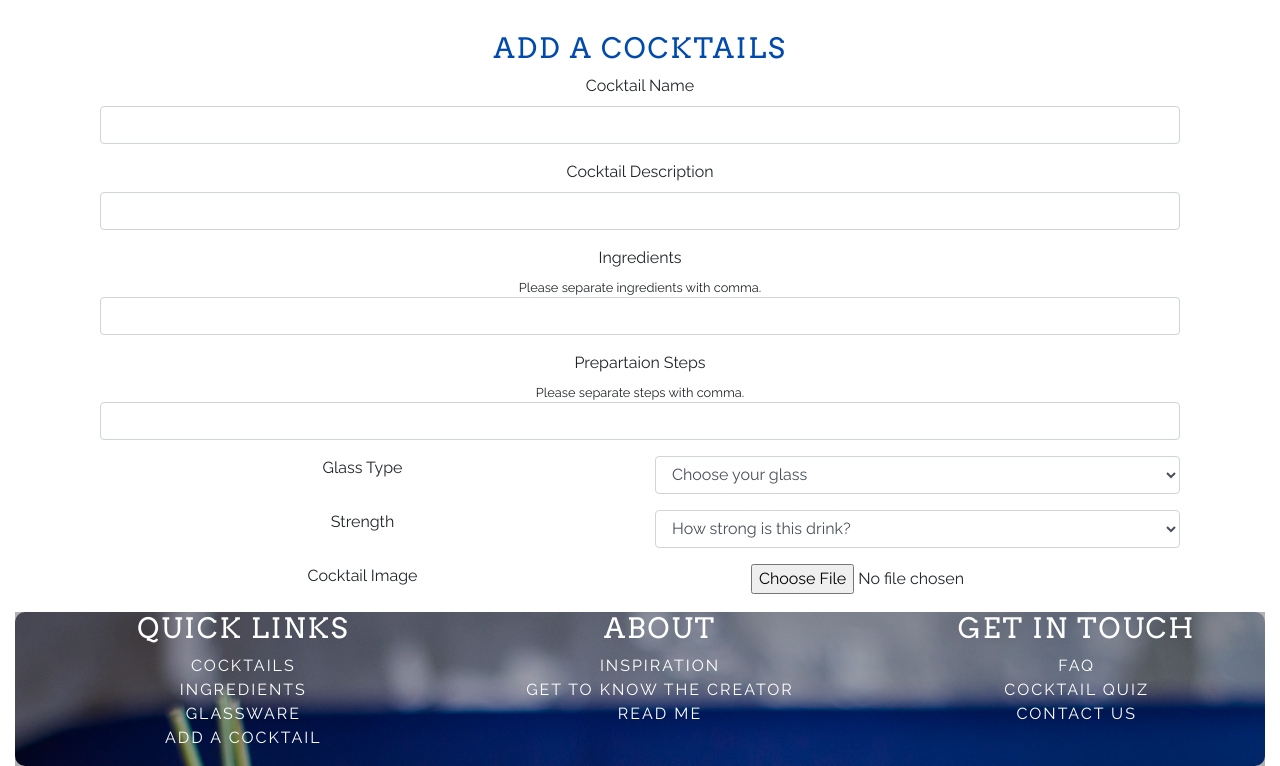
Repository: noblesaleka/cocktail_app
Page: http://localhost/add_cocktail
The author's editor kept a record of every edit. The page is drawn from the files as they stood at one moment, then again after the next edit.
The browser window is 1280 px wide. The pictures show the part of the page from y = 556 to 1380 px (the page is 1322 px tall before and 1380 px after).
The page is served by the project's application, run on Flask 3 (app.py). Queries for data that is not in the repository find no rows.

Above is the page before.
Console error: TypeError: $(...).formSelect is not a function

### templates/addCocktail.html
{% extends 'base.html' %} {% block content %}

<div class="container-fluid text-center">

    <div class="text-center">
        <h3>Add A Cocktails</h3>
    </div>

    <div class="container" id="">

        <form id="upload-form" action="{{url_for('insert_cocktail')}}" method="POST" enctype="multipart/form-data" class="col s12">
            <!--Cocktail Name-->
            <div class="form-group row ">
                <div class="col-12">
                    <label for="cocktail_name">Cocktail Name</label>
                    <input class="form-control validate" type="text" name="cocktail_name" id="cocktail_name" value="" required>
                </div>
            </div>

            <!--Cocktail Description-->
            <div class="form-group row ">
                <div class="col-12">
                    <label for="cocktail_description">Cocktail Description</label>
                    <input class="form-control validate" type="text" name="cocktail_description" id="cocktail_description" value="" required>
                </div>
            </div>

            <!--Cocktail Ingredients-->
            <div class="form-group row ">
                <div class="col-12">
                    <label for="ingredients">Ingredients</label>
                    <div><small>Please separate ingredients with comma.</small></div>
                    <input class="form-control validate" type="text" name="ingredients" id="ingredients" required>
                </div>
            </div>

            <!--Cocktail Preparation-->
            <div class="form-group row ">
                <div class="col-12">
                    <label for="preparation_steps">Prepartaion Steps</label>
                    <div><small>Please separate steps with comma.</small></div>
                    <input class="form-control validate" type="text" name="preparation_steps" id="preparation_steps" required>
                </div>
            </div>

            <!--Glass Name-->
            <div class="form-group row">
                <div class="col-6">
                    <label for="glass_name">Glass Type</label>
                </div>
                <div class="col-6">
                    <select class="form-control" name="glass_name" id="glass_name" required>
                            <option value="" disabled selected>Choose your glass</option>
                            {% for glass in glasses %}
                              <option value="{{glass.glass_name}}" data-icon="{{glass.image}}" data-icon="{{glass.image}}" class="left">{{glass.glass_name}}</option>
                            {% endfor %}
                    </select>
                </div>
            </div>

            <!--Cocktail Strength-->
            <div class="form-group row">
                <div class="col-6">
                    <label for="cocktail_strength">Strength</label>
                </div>
                <div class="col-6">
                    <select class="form-control" name="cocktail_strength" id="cocktail_strength" required>
                        <option value="" disabled selected>How strong is this drink?</option>
                        <option value="Weak">Weak</option>
                        <option value="Medium">Medium</option>
                        <option value="Strong">Strong</option>
                    </select>
                </div>
            </div>

            <!--Cocktail Image-->
            <div class="form-group row">
                <div class="col-6">
                    <label for="cocktail_image">Cocktail Image</label>
                </div>
                <div class="col-6 ">
                    <input class="" type="file" name="cocktail_image" id="cocktail_image" accept="image/*" required>
                </div>
            </div>




        </form>
    </div>
</div>


{% endblock %}

### templates/base.html
<!--<!DOCTYPE html>
<html>

<head>

  <!-- Google Font -->
<link href="https://fonts.googleapis.com/css2?family=Raleway&display=swap" rel="stylesheet">
<link href="https://fonts.googleapis.com/css2?family=Arvo:ital,wght@0,400;0,700;1,400;1,700&display=swap" rel="stylesheet">

<!-- Bootstrap CSS -->
<link rel="stylesheet" href="https://stackpath.bootstrapcdn.com/bootstrap/4.4.1/css/bootstrap.min.css" integrity="sha384-Vkoo8x4CGsO3+Hhxv8T/Q5PaXtkKtu6ug5TOeNV6gBiFeWPGFN9MuhOf23Q9Ifjh" crossorigin="anonymous">

<!-- Stylesheets -->
<link rel="stylesheet" href="{{url_for('static', filename='css/style.css')}}" type='text/css'>




</head>

<body>
  <div class="container-fluid">
    <header>
      <!-- Hero Section -->
      <div class="row align-items-center">
        <div class="col-12">
          <div class="jumbotron d-flex align-items-center" style="">

            <!-- Bootstrap Nav -->
            <div class="container-fluid text-center">
              <div class="row">
                <div class="col-12">
                  <nav class="navbar navbar-expand-md navbar-light d-block" style="background-color: rgba(0,0,0,0.2);">
                    <button class="navbar-toggler" type="button" data-toggle="collapse" data-target="#navbarNav" aria-controls="navbarNav" aria-expanded="false" aria-label="Toggle navigation">
                      <span class="navbar-toggler-icon"></span>
                    </button>
                    <div class="collapse navbar-collapse" id="navbarNav">
                      <ul class="navbar-nav mx-auto">
                        <li class="nav-item">
                          <a class="nav-link" href="{{url_for('get_cocktails')}}">Cocktails</span></a>
                        </li>
                        <li class="nav-item">
                          <a class="nav-link" href="{{url_for('get_glasses')}}">Ingredients</a>
                        </li>
                        <li class="nav-item">
                          <a class="nav-link" href="{{url_for('get_glasses')}}">Glassware</a>
                        </li>
                        <li class="nav-item">
                          <a class="nav-link" href="{{url_for('add_cocktail')}}">Add Cocktail</a>
                        </li>
                      </ul>
                    </div>
                  </nav>
                </div>
              </div>

              <!-- Logo and Browse Button -->
              <div class="row">
                <div class="col-12 text-center">
                  <a class="" href="{{url_for('get_cocktails')}}">
               <img src="../static/images/logo/the_cocktail_handbook_logo.png" width="400" height="400" class=" align-middle" alt="The Cocktail Handbook Logo">
                 </a>
                  </div>
              </div>
              <div class="row">
                <div class="col-sm-12 col-md-4 offset-md-4">
                  <a class="btn btn-primary btn-lg reg-btn d-block" href="{{url_for('get_cocktails', _anchor='browse-cocktails-section')}}" id="browse_cocktail_btn" role="button">Browse Cocktails</a>
                </div>
              </div>
            </div>
          </div>
        </div>
      </div>
    </header>



    {% block content %} {% endblock %}



    <footer class="footer">
      <div class="container-fluid text-center">
        <div class="row">
          <div class="col-md-4 grey-background">

            <ul class="footer-nav">
              <li>
                <h3>Quick Links</h3>
              </li>
              <li class="footer-nav-item">
                <a href="{{url_for('get_cocktails')}}">
                    Cocktails
                    </a>
              </li>
              <li class="footer-nav-item">
                <a href="{{url_for('get_cocktails')}}">
                    Ingredients
                    </a>
              </li>
              <li class="footer-nav-item">
                <a href="{{url_for('get_cocktails')}}">
                    Glassware
                    </a>
              </li>
              <li class="footer-nav-item">
                <a href="{{url_for('get_cocktails')}}">
                    Add a Cocktail
                    </a>
              </li>
            </ul>
          </div>
          <div class="col-md-4 grey-background">
            <ul class="footer-nav">
              <li>
                <h3>About</h3>
              </li>
              <li class="footer-nav-item">
                <a href="{{url_for('get_cocktails')}}">
                    Inspiration
                    </a>
              </li>
              <li class="footer-nav-item">
                <a href="{{url_for('get_cocktails')}}">
                    Get to know the creator
                    </a>
              </li>
              <li class="footer-nav-item">
                <a href="{{url_for('get_cocktails')}}">
                    Read me
                    </a>
              </li>
            </ul>
          </div>
          <div class="col-md-4 grey-background">

            <ul class="footer-nav">
              <li>
                <h3>Get in Touch</h3>
              </li>
              <li class="footer-nav-item">
                <a href="{{url_for('get_cocktails')}}">
                    FAQ
                    </a>
              </li>
              <li class="footer-nav-item">
                <a href="{{url_for('get_cocktails')}}">
                    Cocktail Quiz
                    </a>
              </li>
              <li class="footer-nav-item">
                <a href="{{url_for('get_cocktails')}}">
                    Contact Us
                    </a>
              </li>
            </ul>
          </div>
        </div>
      </div>
    </footer>
  </div>




  <script src="https://cdnjs.cloudflare.com/ajax/libs/jquery/3.5.0/jquery.min.js" integrity="sha256-xNzN2a4ltkB44Mc/Jz3pT4iU1cmeR0FkXs4pru/JxaQ=" crossorigin="anonymous"></script>
  <script src="https://cdnjs.cloudflare.com/ajax/libs/materialize/1.0.0/js/materialize.min.js"></script>
  <script type="text/javascript">
    $(document).ready(function() {
      $('.collapse').collapse();
      $('select').formSelect();
      $('.sidenav').sidenav();

    });
  </script>


  <!-- jQuery first, then Popper.js, then Bootstrap JS -->
  <script src="https://code.jquery.com/jquery-3.4.1.slim.min.js" integrity="sha384-J6qa4849blE2+poT4WnyKhv5vZF5SrPo0iEjwBvKU7imGFAV0wwj1yYfoRSJoZ+n" crossorigin="anonymous"></script>
  <script src="https://cdn.jsdelivr.net/npm/popper.js@1.16.0/dist/umd/popper.min.js" integrity="sha384-Q6E9RHvbIyZFJoft+2mJbHaEWldlvI9IOYy5n3zV9zzTtmI3UksdQRVvoxMfooAo" crossorigin="anonymous"></script>
  <script src="https://stackpath.bootstrapcdn.com/bootstrap/4.4.1/js/bootstrap.min.js" integrity="sha384-wfSDF2E50Y2D1uUdj0O3uMBJnjuUD4Ih7YwaYd1iqfktj0Uod8GCExl3Og8ifwB6" crossorigin="anonymous"></script>
</body>

</html>

### app.py
import os, re
from flask import Flask, render_template, redirect, request, url_for, send_from_directory
from flask_pymongo import PyMongo
from bson.objectid import ObjectId


app = Flask(__name__)

#link database to application
app.config["MONGO_DBNAME"] = 'cocktailHandbook'
app.config["MONGO_URI"] = 'mongodb+srv://root:excellent0909@cluster0-dxqrw.mongodb.net/cocktailHandbook?retryWrites=true&w=majority'
APP_ROOT = os.path.dirname(os.path.abspath(__file__))

#instance of PyMongo
mongo = PyMongo(app)

#connection to database default function
@app.route('/')
@app.route('/get_cocktails')
def get_cocktails():
    return render_template("cocktails.html", cocktails=mongo.db.cocktails.find())


#display cocktails from searchbar
@app.route('/search_cocktails', methods=["GET", "POST"])
def search_cocktails():
    if request.method == "POST":
        req = request.form
        search_form = req.get('search_field')
        #search_fields = {"cocktail_name" : search_form}
        search_form_re = re.compile('.*(%s).*'%search_form, flags= re.I)
        #search_fields = {"cocktail_name" : search_form}
        search_fields = {"cocktail_name" : search_form_re}
        return render_template("cocktails.html", cocktails=mongo.db.cocktails.find(search_fields))

#display addCocktail page
@app.route('/add_cocktail')
def add_cocktail():
    return render_template("addCocktail.html",
    glasses=mongo.db.glass.find())

#add new cocktail button functionality
@app.route('/insert_cocktail', methods=['POST'])
def insert_cocktail():
    target = os.path.join(APP_ROOT, 'static/images/cocktails')
    print(target)

    if not os.path.isdir(target):
        os.mkdir(target)

    for file in request.files.getlist("cocktail_image"):
        print(file)
        filename = file.filename
        destination = "/".join([target, filename])
        print("file is loacated" + destination)
        file.save(destination)
        rel_destination = file.filename
        print("rel is loacated" + rel_destination)
    cocktails = mongo.db.cocktails

    form_data = {
        'cocktail_name' : request.form.get('cocktail_name'),
        'glass_name' : request.form.get('glass_name'),
        'cocktail_description' : request.form.get('cocktail_description'),
        'preparation_steps' : request.form.get('preparation_steps').split(','),
        'is_virgin' : request.form.get('is_virgin'),
        'ingredients' : request.form.get('ingredients').split(','),
        'cocktail_strength' : request.form.get('cocktail_strength'),
        'cocktail_image' : rel_destination
    }
    cocktails.insert_one(form_data)
    return render_template("cocktails.html", cocktails=mongo.db.cocktails.find(), image_name=filename)


#retrieve image path for cocktail images
@app.route('/upload/<filename>')
def send_image(filename):
    return send_from_directory("static/images/cocktails", filename)

#edit button functionality
@app.route('/edit_cocktail/<cocktail_id>')
def edit_cocktail(cocktail_id):
    the_cocktail = mongo.db.cocktails.find_one({"_id": ObjectId(cocktail_id)})
    all_categories = mongo.db.categories.find()
    return render_template('editCocktail.html', cocktail = the_cocktail, categories = all_categories)

@app.route('/update_cocktail/<cocktail_id>', methods=["POST"])
def update_cocktail(cocktail_id):
    cocktail = mongo.db.cocktails
    cocktail.update_cocktail( {'_id': ObjectId(cocktail_id)},
       {
        'cocktail_name' : request.form.get['cocktail_name'],
        'glass_name' : request.form.get['glass_name'],
        'cocktail_description' : request.form.get['cocktail_description'],
        'preparation_steps' : request.form.get['preparation_steps'],
        'is_virgin' : request.form.get['is_virgin']
        })
    return redirect(url_for('get_cocktails'))

@app.route('/delete_cocktail/<cocktail_id>')
def delete_cocktail(cocktail_id):
    mongo.db.cocktails.remove({'_id': ObjectId(cocktail_id)})
    return redirect(url_for('get_cocktails'))

@app.route('/get_glasses')
def get_glasses():
    return render_template('glasses.html',
    glasses=mongo.db.glass.find())

@app.route('/edit_glasses/<glass_id>')
def edit_glass(glass_id):
    return render_template('editglass.html',
    glass = mongo.db.glass.find_one({'_id': ObjectId(glass_id)}))

@app.route('/update_glass/<glass_id>', methods=["POST"])
def update_glass(glass_id):
    mongo.db.glass.update(
        {'_id' : ObjectId(glass_id)},
        {'glass_name': request.form.get('glass_name')})
    return redirect(url_for('get_glasses'))

@app.route('/delete_glass/<glass_id>')
def delete_glass(glass_id):
    mongo.db.glass.remove({'_id' : ObjectId(glass_id)})
    return redirect(url_for('get_glasses'))

@app.route('/insert_glass', methods=["POST"])
def insert_glass():
    glasses = mongo.db.glass
    glass_doc = {'glass_name': request.form.get('glass_name')}
    glasses.insert_one(glass_doc)
    return redirect(url_for('get_glasses'))

@app.route("/add_glass")
def add_glass():
    return render_template('addglass.html')


if __name__ == '__main__':
    app.run(host = os.environ.get('IP'),
    port=int(os.environ.get('PORT')),
    debug=True)

### static/css/style.css
html {
     box-sizing: border-box;
      padding: 0px;
      margin: 0px;
      scroll-behavior: smooth;
}

body {
    font-family: 'Raleway', sans-serif;
}

.rotate {
  writing-mode: vertical-lr;
  display: inline;
  transform: rotate(180deg) translateX(-5px) !important;
}
 .navbar {
     border-radius: 10px;
 }

@media (max-width: 768px) {
  .hide-sm {
  display: none;
} }

.reg-btn {
  color: white;
  background-color: #004aad !important;
  text-transform: uppercase;
  font-size: 0.75em;
}

.btn-primary {
  color: #fff;
  background-color: #004aad;
  border-color: #004aad;
  transition: 0.75s ease-in-out;
  border-radius: 10px;

}

.btn-primary:hover {
    color: #fff;
    background-color: #338BFF !important;
    border-color: #5CA3FF;
}

.btn-primary:focus, .btn-primary.focus {
    color: #fff;
    background-color: #5CA3FF;
    border-color: #5CA3FF;
    box-shadow: 0 0 0 0.2rem rgba(38, 143, 255, 0.5);
}

#browse_cocktail_btn {
    font-family: 'Arvo', serif;
    letter-spacing: 4px;
}

.btn_small {
    height: 60px;
    width: 60px;
    line-height: 60px;
    margin: 5px 5px;
    padding: 0 0.5em;
    border-radius: 50%;
}

.cocktail_header {
    margin-top: 30px;
    padding-left: 15px;
}


h1 {
    font-size: 2em;
}

h2 {
    font-size: 1.8em;
    font-family: 'Arvo', serif;
    color: #004aad !important;
    font-weight: 500 !important;
    text-transform: uppercase;
    position: relative;
    letter-spacing: 2px;
}

.card-header-h2 {
    font-family: 'Arvo', serif;
    color: #004aad !important;
    font-weight: 500 !important;
    text-transform: uppercase;
    position: relative;
    letter-spacing: 2px;
}

h3 {
    font-family: 'Arvo', serif;
    color: #004aad !important;
    font-weight: 500 !important;
    text-transform: uppercase;
    position: relative;
    text-decoration: none;
    letter-spacing: 2px;
}

.browse-cocktails-section h3 {
    letter-spacing: 5px;
    text-decoration: underline;
}

.nav-link {
    font-family: 'Arvo', serif;
    color: white !important;
    font-weight: 500;
    text-transform: uppercase;
    position: relative;
    letter-spacing: 2px;
}

.nav-item > a::before {
    content: "";
    position: absolute;
    width: 100%;
    height: 2px;
    bottom: 0;
    left: 0;
    background-color: #fff;
    visibility: hidden;
    transform: scaleX(0);
    transition: all 0.5s ease-in-out 0s;
}

.nav-item > a:hover::before {
    visibility: visible;
  transform: scaleX(1);
}


.jumbotron {
    background-image: url("../images/logo/louis-hansel-shotsoflouis-Kix0S25vJEo-unsplash.jpg");
    background-position: 0px -400px;
    border-radius: 10px !important;
    min-height: 60vh;
    background-size: cover;
    background-repeat: no-repeat;
    padding-top: 0;

}

footer {
    border-radius: 10px;
    background-image: url("../images/logo/louis-hansel-shotsoflouis-b8-G0zZDCyY-unsplash.jpg");

    background-size: cover;
    background-repeat: no-repeat;
}

.footer h3 {
    color: white !important;
}

.footer-nav li {
    list-style: none;
    color: white !important;
    font-weight: 200;
    text-transform: uppercase;
    position: relative;
    letter-spacing: 2px;
}

.footer-nav-item a {
    text-decoration: none;
    color: white;
    font-weight: 200;
}

.footer-nav-item > a::before {
    content: "";
    position: absolute;
    width: 100%;
    height: 2px;
    bottom: 0;
    left: 0;
    background-color: white;
    visibility: hidden;
    transform: scaleX(0);
    transition: all 0.5s ease-in-out 0s;
}

.footer-nav-item > a:hover::before {
    visibility: visible;
    transform: scaleX(1);
}

.grey-background {
    background-color: rgba(0,0,0,0.3)
}

.search-box {
    padding: 10.875px;
    margin-top: 10px;
    /*background-color: #9DF7E5;*/
}

.search-btn {
  width: 100%;
  color: #004aad;
  border-color: #004aad;
  transition: 0.75s ease-in-out;
  border-radius: 10px;
}

.search-btn:hover {
    background-color: #338BFF !important;
    border-color: #5CA3FF;
}

#search_cocktail_btn {
    font-family: 'Arvo', serif;
    letter-spacing: 2px;
    text-transform: uppercase;
    font-size: 12px;
}

.card-header {
    background-color: rgba(0,0,0,0.3);
}

.cocktail_image {
    min-width: 100%;
    max-height: 300px;
    object-fit:cover;
}

.cocktail_fields {
    font-size: 0.8em;
    font-weight: 400;
    text-transform: uppercase;
    letter-spacing: 2px;
    color: #004aad;
    font-family: 'Arvo', serif;

}

.ingredient_list {
    list-style: none !important;
}

.preparation_list {
    list-style: none !important;
}

.card_list {
    padding: 0;
}

#delete_cocktail_btn {
    color: white;
    background-color: #8F2D56 !important;
    text-transform: uppercase;
    font-size: 0.75em;
}

#edit_cocktail_btn {
    color: white;
    background-color: #004aad !important;
    text-transform: uppercase;
    font-size: 0.75em;
}


#go_to_add_glass {
    text-transform: uppercase;
    font-size: 1em;
    letter-spacing: 2px;
    font-family: 'Arvo', serif;
    color: white !important;
}

#delete_glass_btn {
    color: #ab5f7a;
    background-color: rgba(0,0,0,0) !important;
    text-transform: uppercase;
    font-size: 0.75em;
    border-color: #ab5f7a;
    letter-spacing: 2px;
    font-family: 'Arvo', serif;
}

#delete_glass_btn:hover {
    background-color: #ab5f7a !important;
    border-color: #ab5f7a;
    color: white;
}

#edit_glass_btn {
    color: #517cb5;
    background-color: rgba(0,0,0,0) !important;
    text-transform: uppercase;
    font-size: 0.75em;
    border-color: #517cb5;
    letter-spacing: 2px;
    font-family: 'Arvo', serif;
}

#edit_glass_btn:hover {
    background-color: #517cb5 !important;
    border-color: #517cb5;
    color: white;
}

.browse-section h3 {
    letter-spacing: 5px;
    text-decoration: underline;
}

After the next edit:
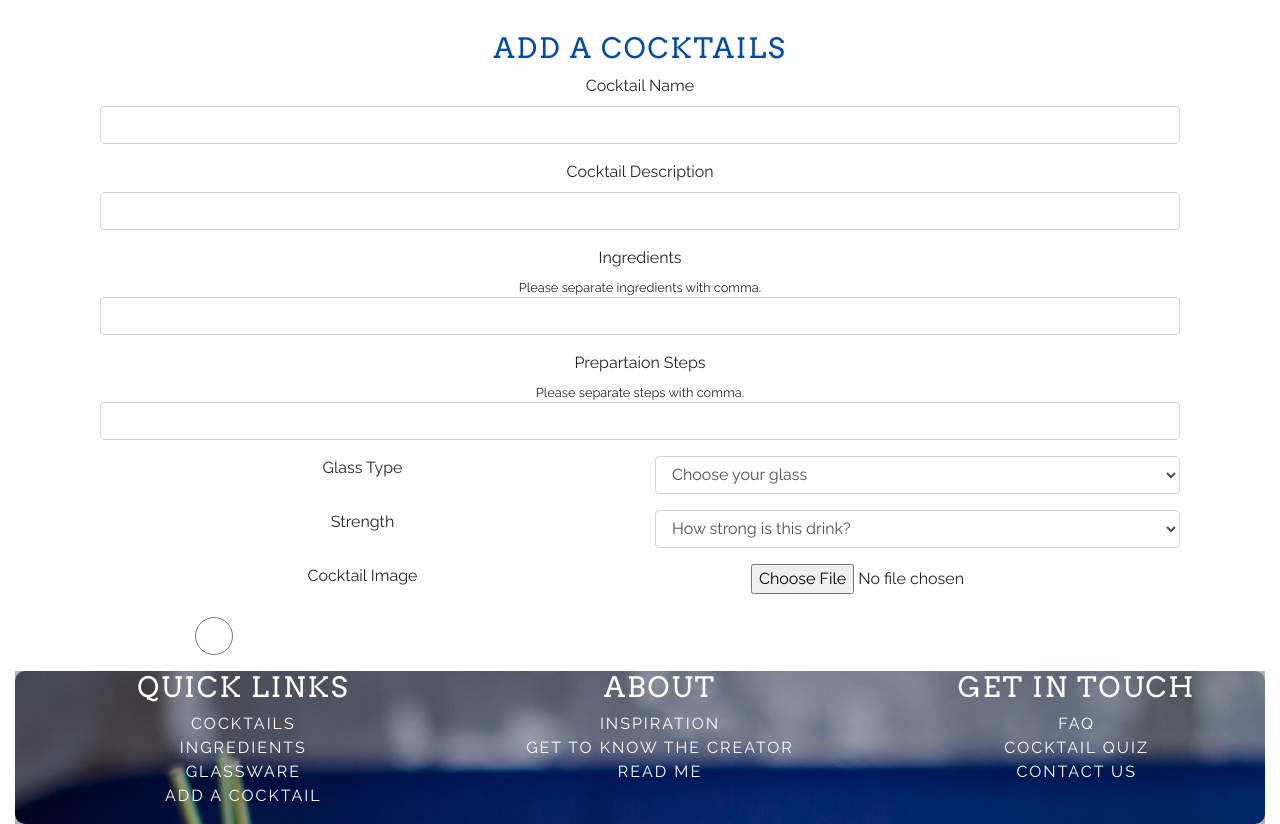
The edit:
--- a/templates/addCocktail.html
+++ b/templates/addCocktail.html
@@ -83,8 +83,14 @@
                 </div>
             </div>
 
-
-
+            <!--Virgin-->
+            <div class="form-group row ">
+                <div class="col-sm-2 col-md-1 offset-md-1 form-padding">
+                    <div class="form-check">
+                        <input class="form-check-input position-static form-control" type="radio" name="blankRadio" id="blankRadio" value="option" aria-label="..." required>
+                    </div>
+                </div>
+            </div>
 
         </form>
     </div>
